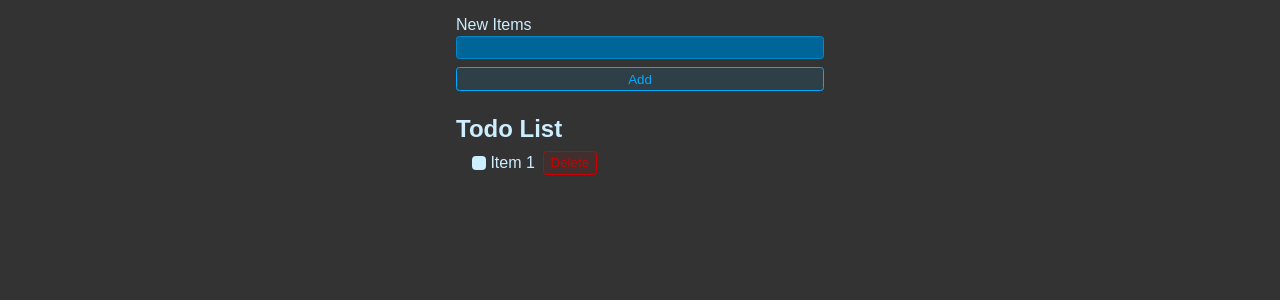
Repository: emailherds/react_todolist
Page: /
An editor plug-in stored every save of this project. The page is shown before and after the next save, followed by the edit.
The browser window is 1280 px wide. The pictures show the whole page.
The project was rebuilt for these pictures with package versions that can differ from the ones it lists, and the page was loaded fresh each time. Also part of the build but not shown: vite.config.js.

Above is the page before, as saved 2023-09-29 15:43:03.

After the next save:
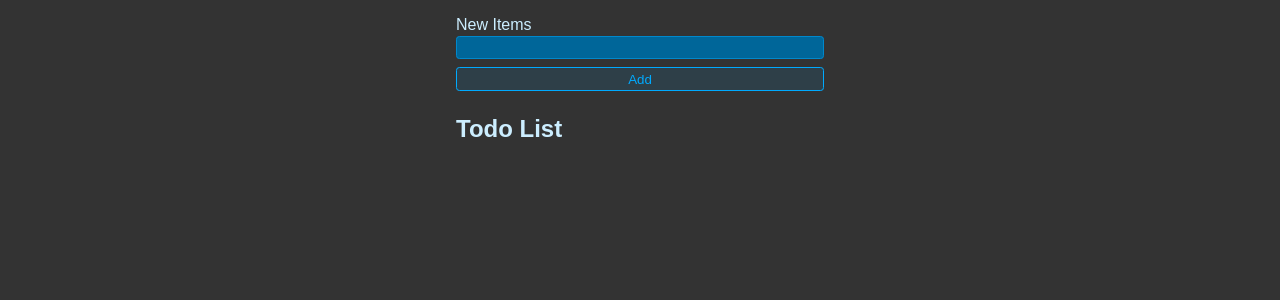
Saved 70 min 28 s later.
--- a/src/App.jsx
+++ b/src/App.jsx
@@ -3,10 +3,18 @@ import "./styles.css";
 
 export default function App(){
   const [newItem, setNewItem] = useState("")
+  const [todos, setTodos] = useState([]);
   //setNewItem("hello")
 
   function handleSubmit(e){
     e.preventDefault();
+
+    setTodos(currentTodos => {
+      return [
+        ...currentTodos,
+        {id: crypto.randomUUID(),title: newItem, completed: false}
+      ]
+    })
   }
 
   return (
@@ -21,13 +29,15 @@ export default function App(){
     </form>
     <h1 className="header">Todo List</h1>
     <ul className="list">
-      <li>
+      {todos.map(todo => {
+        return <li>
         <label>
-          <input type="checkbox"/>
-          Item 1
+          <input type="checkbox" checked={todo.completed}/>
+          {todo.title}
         </label>
         <button className="btn btn-danger">Delete</button>
       </li>
+      })}
     </ul>
   </>);
 }
